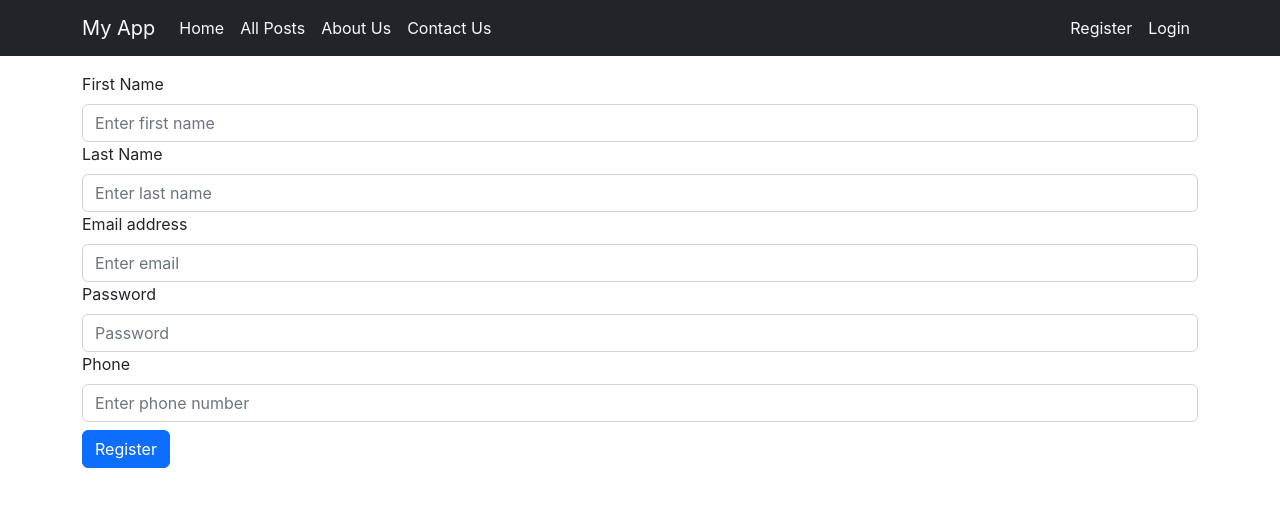
Repository: HiteshKumarMeghwar/react-redux-golang-mysql
Page: /register (app in react-redux/)
These files come from the project's save history. The page is drawn as it stood at one moment and after the next save; the edit follows.
The browser window is 1280 px wide. The pictures show the whole page.
Some web libraries are served in a nearby version. The project was rebuilt for these pictures with package versions that can differ from the ones it lists, and the page was loaded fresh each time. Also part of the build but not shown: react-redux/src/App.css, react-redux/src/components/Login.js, react-redux/src/components/Dashboard.js, react-redux/src/components/AllPosts.js, react-redux/src/components/AboutUs.js, react-redux/src/components/ContactUs.js.

Above is the page before, as saved 2023-03-15 11:39:01.

After the next save:
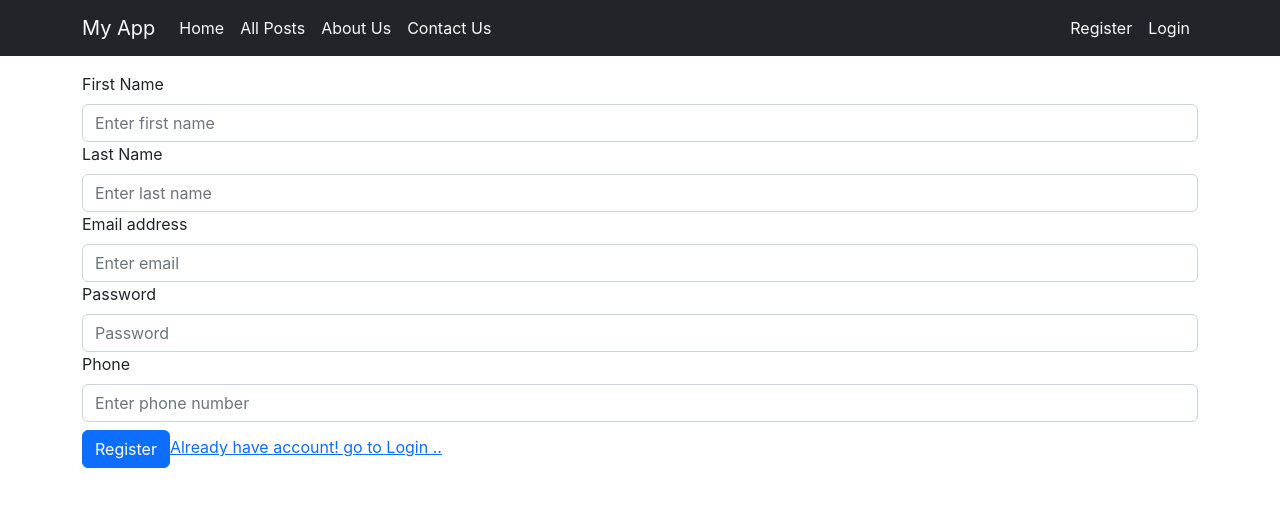
Saved 4 min 7 s later.
--- a/react-redux/src/components/Register.js
+++ b/react-redux/src/components/Register.js
@@ -1,5 +1,6 @@
 import React, { useState } from 'react'
 import { Form, Button } from 'react-bootstrap';
+import { Link } from 'react-router-dom';
 
 const Register = () => {
 
@@ -112,6 +113,7 @@ const Register = () => {
           </Form.Group>
           <div className='pt-2'>
             <Button type='submit' >Register</Button>
+            <Link to="/register">Already have account! go to Login ..</Link>
           </div>
         </Form>
       </div>
